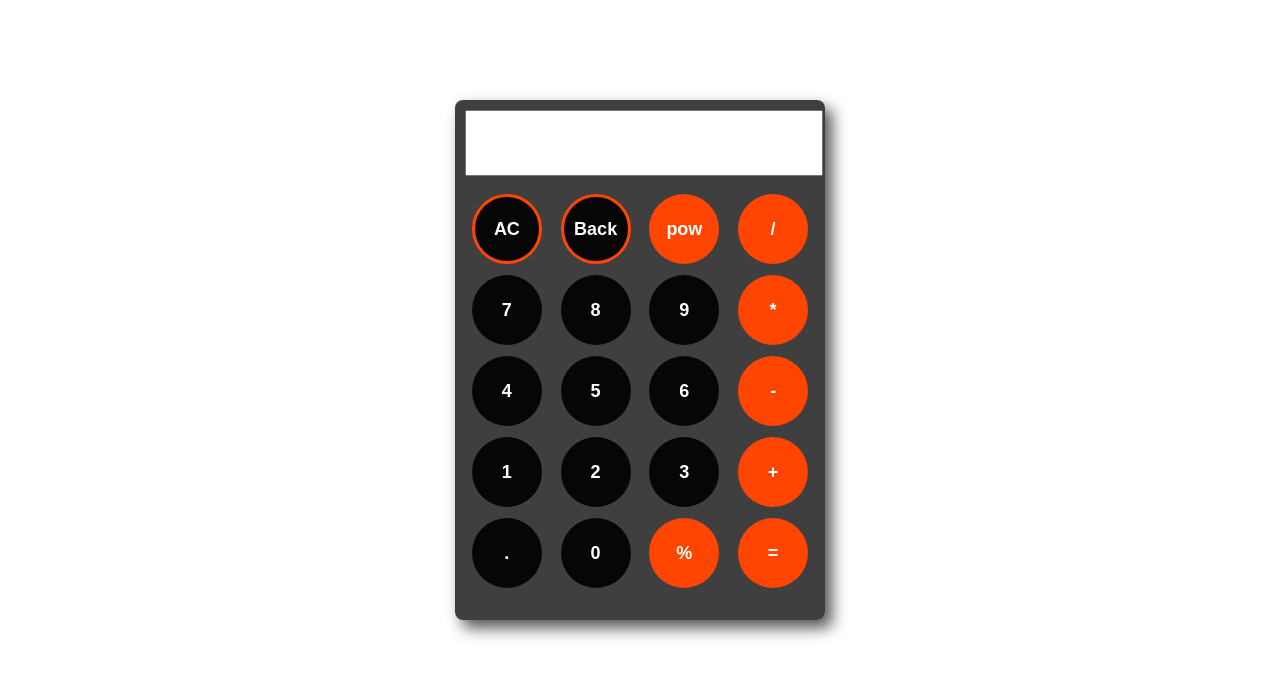
Repository: SakthivelDurai47/calculator
Page: index.html
An editor plug-in stored every save of this project. The page is shown before and after the next save, followed by the edit.
The browser window is 1280 px wide. The pictures show the whole page.

Above is the page before, as saved 2025-04-13 15:29:26.

After the next save:
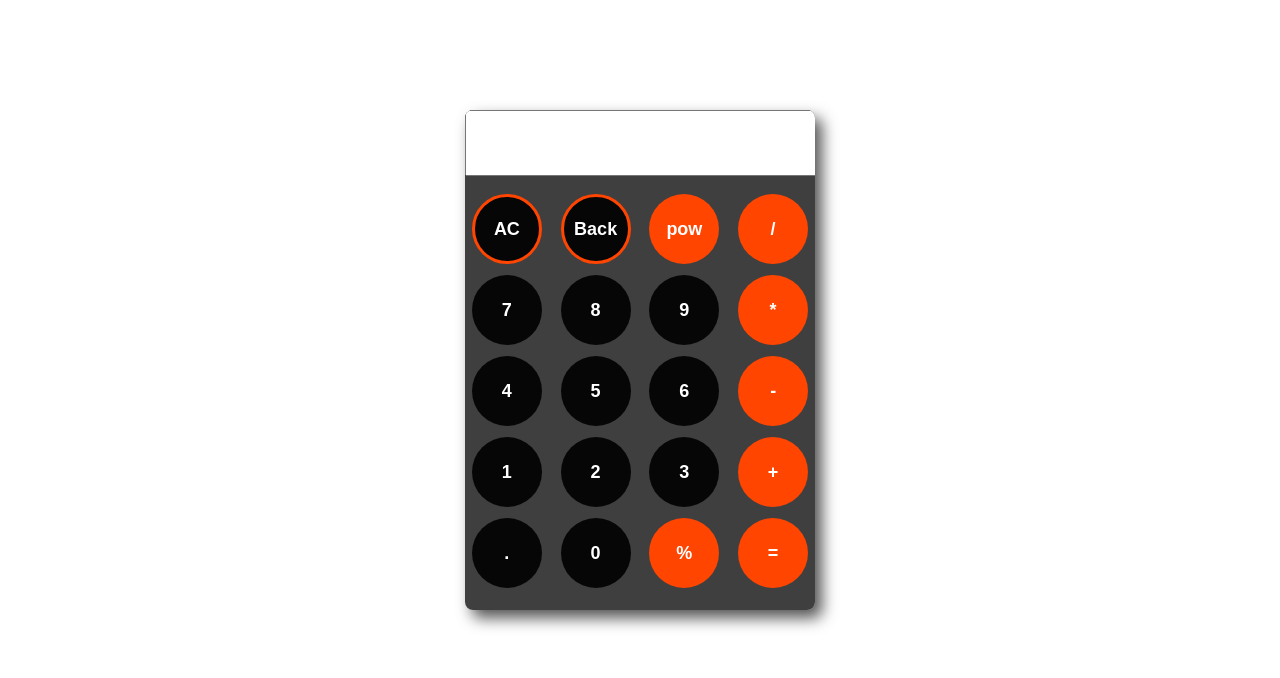
Saved 24 s later.
--- a/styles.css
+++ b/styles.css
@@ -48,7 +48,6 @@ button:active {
   border-radius: 8px;
   box-shadow: 7px 8px 15px rgba(0, 0, 0, 0.678);
   overflow: hidden;
-  padding: 10px;
 }
 #display {
   width: 100%;
